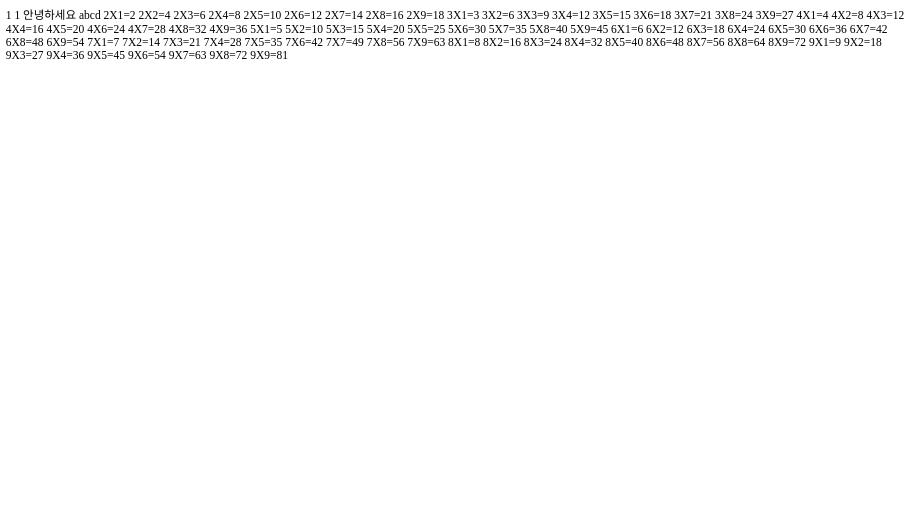
Repository: Luho0113/SpringBootStudy
Page: http://localhost/web/
The author's editor kept a copy of each file at every save. The page is drawn from the files as they stood at one save, then again after the next save.
The browser window is 1280 px wide. The pictures show the whole page, at 72% of full size.
The page is served by Tomcat 9. Other server files are loaded and not shown.

Above is the page before, as saved 2023-05-03 02:06:08.

### web/src/main/webapp/index.jsp
<%@ page language="java" contentType="text/html; charset=UTF-8"
    pageEncoding="UTF-8"%>
<%
String str = "1";
out.println(str);
%>
<%=str%>
<!DOCTYPE html>
<html>
<head>
<meta charset="UTF-8">
<title>Insert title here</title>
</head>
<body>
안녕하세요
<%
out.println("abcd");
for(int i=2; i<10; i++){
	for(int j=1; j<10; j++){
		out.println("<td>"+ i + "X" + j + "=" + i*j + "</td>");
	}
}
%>
</body>
</html>

After the next save:
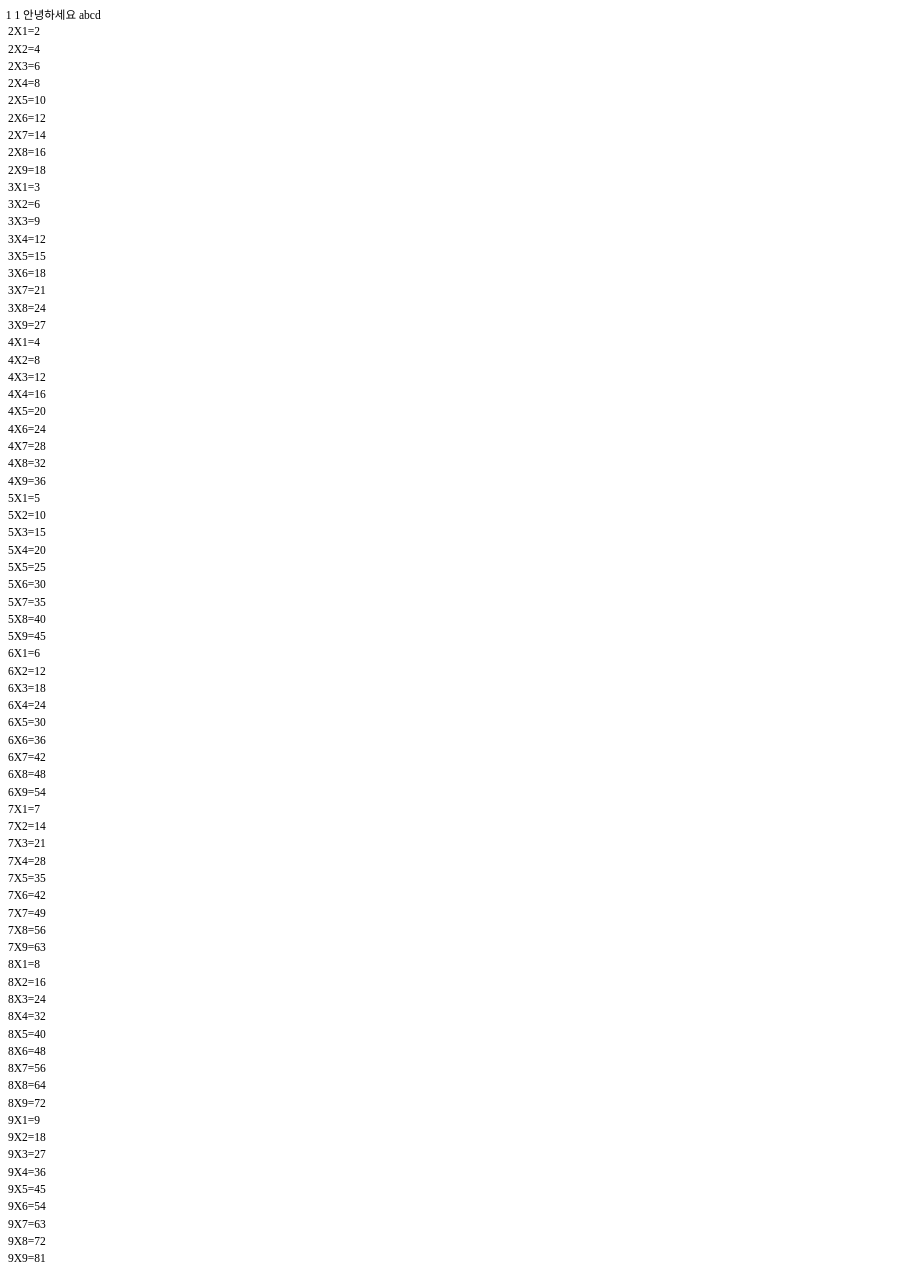
Saved 90 s later.
--- a/web/src/main/webapp/index.jsp
+++ b/web/src/main/webapp/index.jsp
@@ -15,11 +15,13 @@ out.println(str);
 안녕하세요
 <%
 out.println("abcd");
+
 for(int i=2; i<10; i++){
 	for(int j=1; j<10; j++){
-		out.println("<td>"+ i + "X" + j + "=" + i*j + "</td>");
+		out.println("<table>"+"<td>"+ i + "X" + j + "=" + i*j + "</td>");
 	}
 }
+
 %>
 </body>
 </html>
